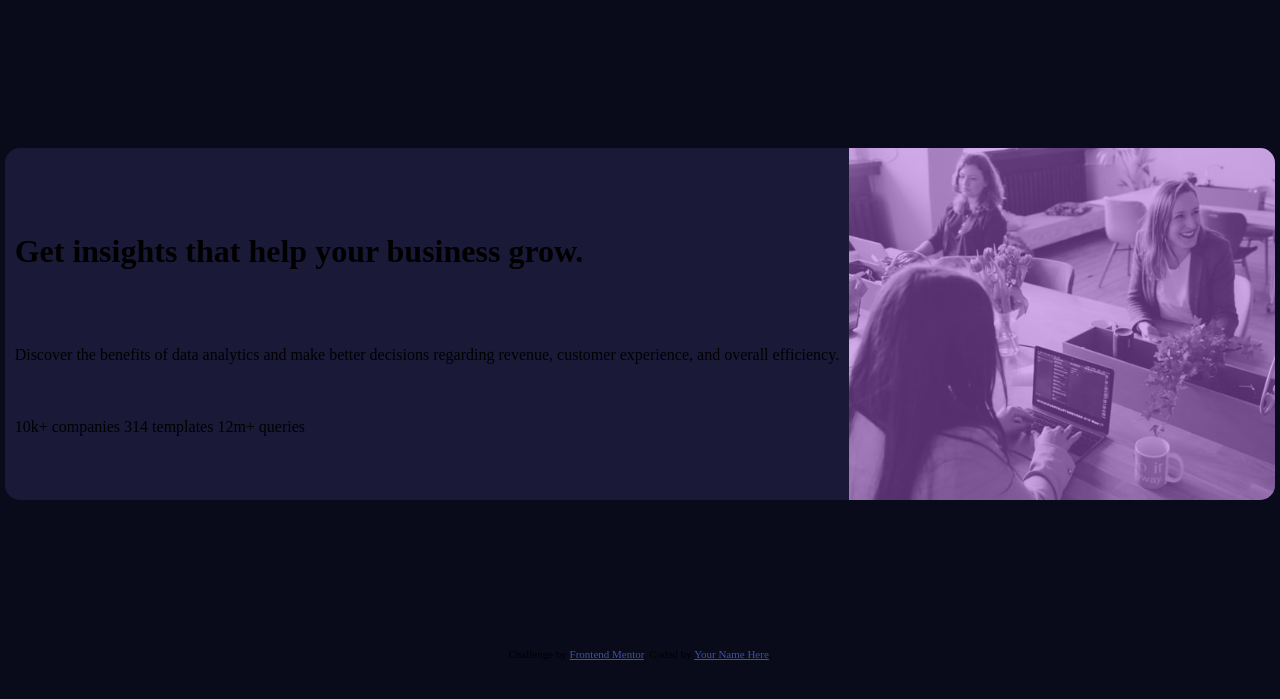
Repository: wasanmsn/Card_Challange
Page: index.html
These files come from the project's save history. The page is drawn as it stood at one moment and after the next save; the edit follows.
The browser window is 1280 px wide. The pictures show the whole page.

Above is the page before, as saved 2021-07-21 16:06:18.

### index.html
<!DOCTYPE html>
<html lang="en">

<head>
  <meta charset="UTF-8">
  <meta name="viewport" content="width=device-width, initial-scale=1.0">
  <!-- displays site properly based on user's device -->

  <link rel="icon" type="image/png" sizes="32x32" href="./images/favicon-32x32.png">
  <link rel="stylesheet" href="./stylesheet.css">

  <title>Frontend Mentor | Stats preview card component</title>

  <!-- Feel free to remove these styles or customise in your own stylesheet 👍 -->
  <style>
    .attribution {
      font-size: 11px;
      text-align: center;
    }

    .attribution a {
      color: hsl(228, 45%, 44%);
    }
  </style>
</head>

<body>
  <div class="container">
    <div class="column1">
      <h1>
        Get insights that help your business grow.
      </h1>
      <div>
        Discover the benefits of data analytics and make better decisions regarding revenue, customer
        experience, and overall efficiency.
      </div>
      <div>
        10k+ companies
        314 templates
        12m+ queries
      </div>
    </div>
      <div class="column2">
        <image id="img" src="./images/image-header-desktop.jpg">
    </div>
  </div>

  <div class="attribution">
    Challenge by <a href="https://www.frontendmentor.io?ref=challenge" target="_blank">Frontend Mentor</a>.
    Coded by <a href="#">Your Name Here</a>.
  </div>
</body>

</html>

### stylesheet.css
body {
    margin: 0;
    padding: 0;
    background-color: hsl(233, 47%, 7%);
}

.container {
    width: 100%;
    display: flex;
    height: 90vh;
    justify-content: center;
    align-items: center;

}

.column1 {
    -webkit-box-sizing: border-box;
    /* Safari/Chrome, other WebKit */
    -moz-box-sizing: border-box;
    /* Firefox, other Gecko */
    box-sizing: border-box;
    /* Opera/IE 8+ */
    display: flex;
    flex-direction: column;
    justify-content: space-evenly;
    height: 22rem;
    padding: 10px;
    border-radius: 15px 0 0 15px;
    background-color: hsl(244, 38%, 16%);

}

.column2 {
    -webkit-box-sizing: border-box;
    /* Safari/Chrome, other WebKit */
    -moz-box-sizing: border-box;
    /* Firefox, other Gecko */
    box-sizing: border-box;
    /* Opera/IE 8+ */
    height: 22rem;
    border-radius: 0 15px 15px 0;
    background-color: hsl(277, 64%, 61%);
}

#img {
    opacity: 0.5;
    height: 100%;
    border-radius: 0 15px 15px 0;
}

After the next save:
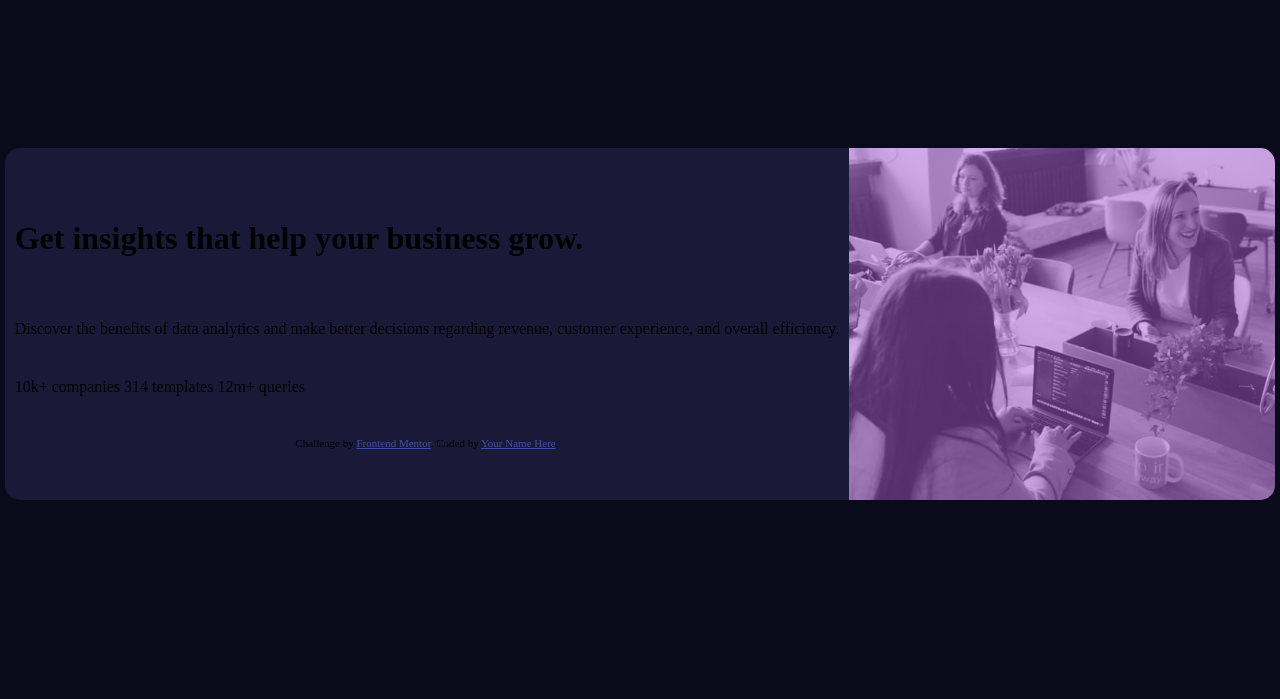
Saved 28 s later.
--- a/index.html
+++ b/index.html
@@ -39,16 +39,17 @@
         314 templates
         12m+ queries
       </div>
+      <div class="attribution">
+        Challenge by <a href="https://www.frontendmentor.io?ref=challenge" target="_blank">Frontend Mentor</a>.
+        Coded by <a href="#">Your Name Here</a>.
+      </div>
     </div>
       <div class="column2">
         <image id="img" src="./images/image-header-desktop.jpg">
     </div>
   </div>
 
-  <div class="attribution">
-    Challenge by <a href="https://www.frontendmentor.io?ref=challenge" target="_blank">Frontend Mentor</a>.
-    Coded by <a href="#">Your Name Here</a>.
-  </div>
+
 </body>
 
 </html>
